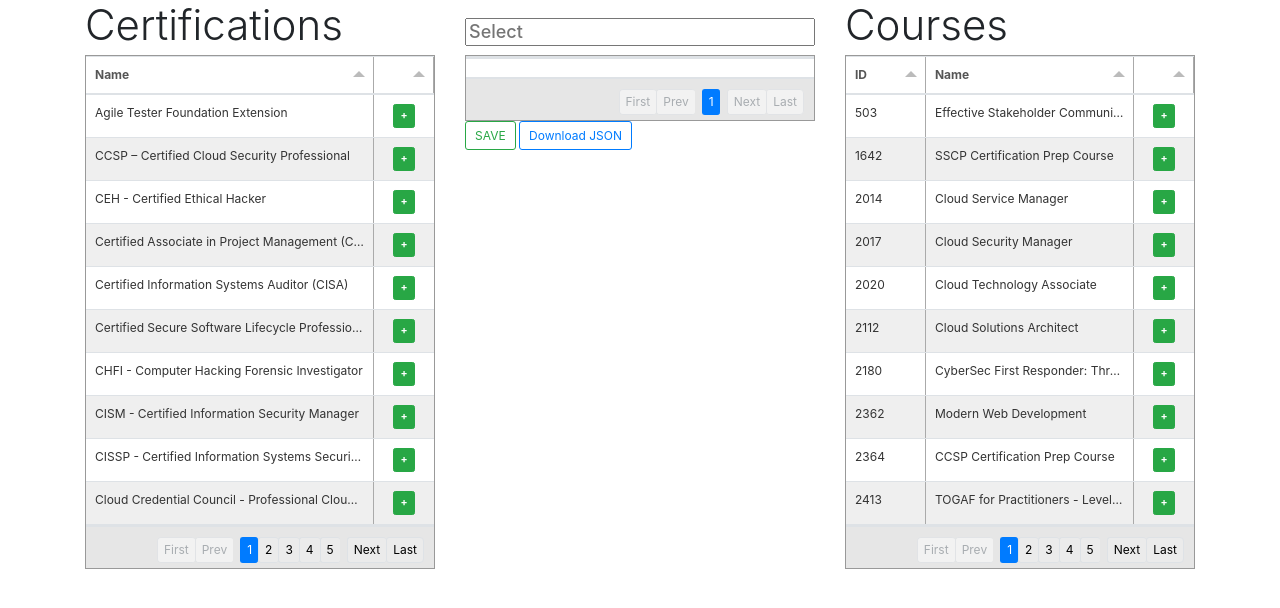
Repository: t1s1/pathfinder2
Page: index.html
The author's editor kept a record of every edit. The page is drawn from the files as they stood at one moment, then again after the next edit.
The browser window is 1280 px wide. The pictures show the whole page.

Above is the page before.

After the next edit:
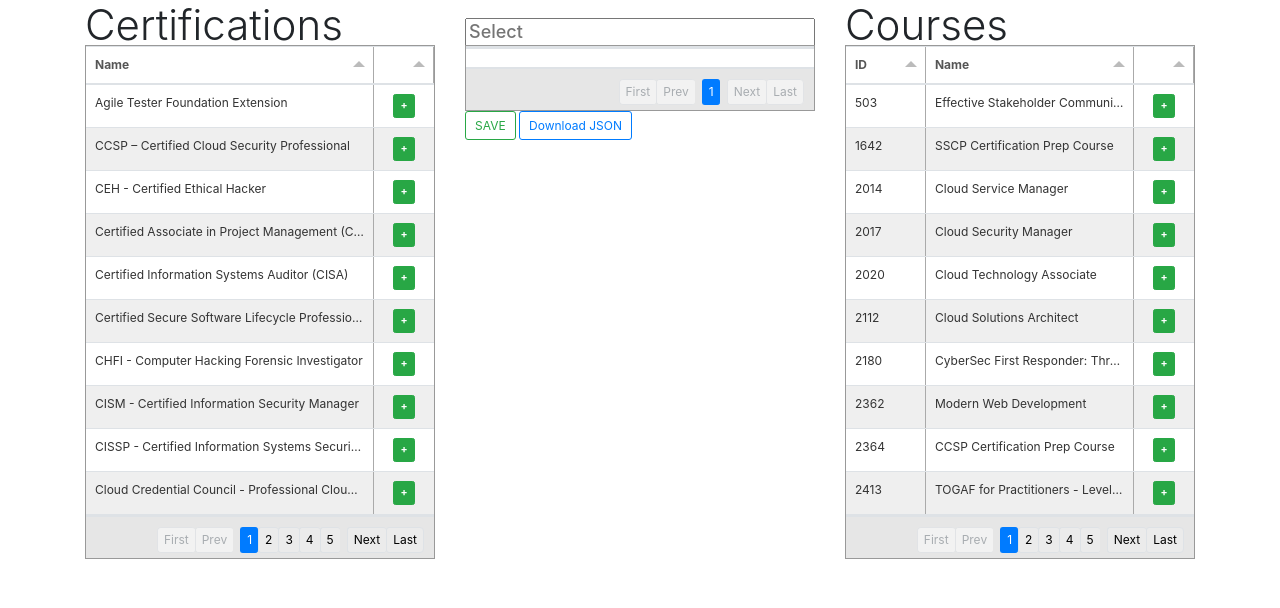
The edit:
--- a/index.html
+++ b/index.html
@@ -14,7 +14,7 @@
       height: 100vh;
     }
     #col-header {
-      height: 55px;
+      height: 45px;
     }
     .table-col {
       width: 33.3333%;
